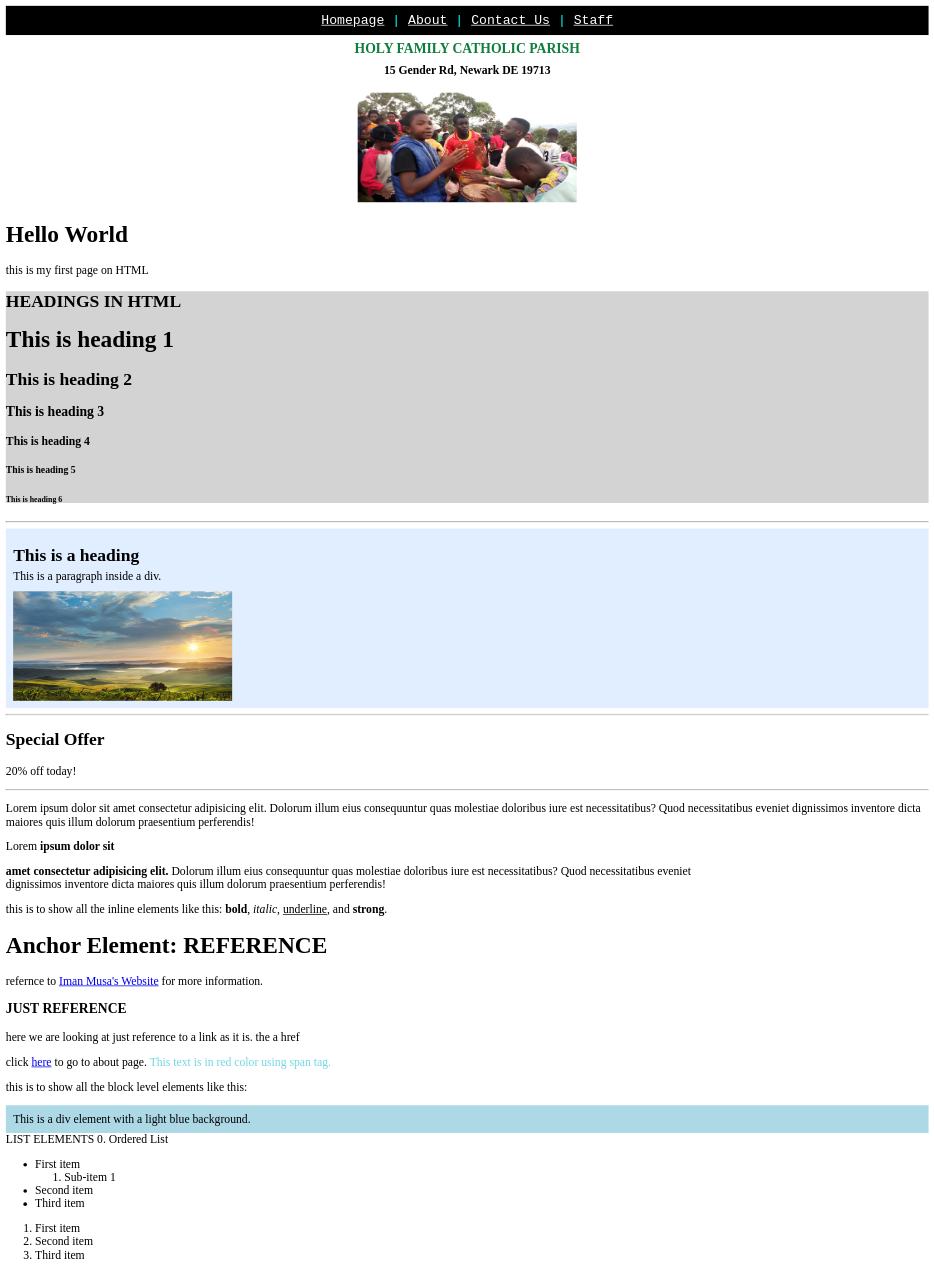
Repository: ficotims/HTML-RESTART
Page: Homepage.html
These files come from the project's save history. The page is drawn as it stood at one moment and after the next save; the edit follows.
The browser window is 1280 px wide. The pictures show the whole page, at 73% of full size.

Above is the page before, as saved 2026-02-10 09:59:16.

After the next save:
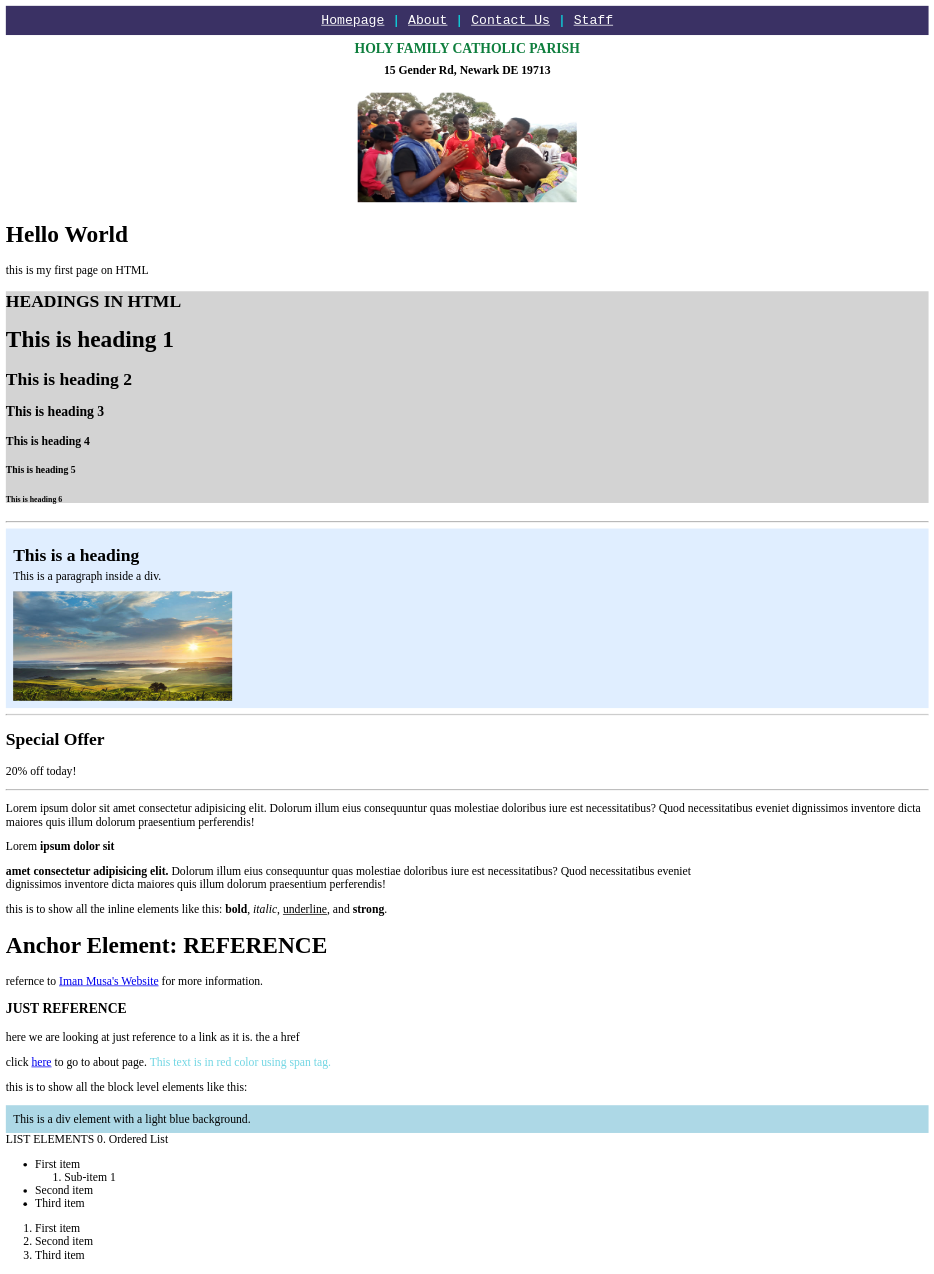
Saved 3 min 33 s later.
--- a/Homepage.html
+++ b/Homepage.html
@@ -8,7 +8,7 @@
   <body>
 
     <!-- NAVIGATION SECTION -->
-        <div style="background-color: rgb(0, 0, 0); padding: 10px; text-align: center; color: aqua; font-size: 18px; font-family: monospace, Lemon milk;">
+        <div style="background-color: rgb(58, 49, 100); padding: 10px; text-align: center; color: aqua; font-size: 18px; font-family: monospace, Lemon milk;">
     <a href="Homepage.html" target="_top" style="color: white;">Homepage</a> |
     <a href="about.html" style="color: white;">About</a> | <a href="Contact us.html" style="color: white;">Contact Us</a> |
     <a href="staff.html" style="color: white;">Staff</a>
